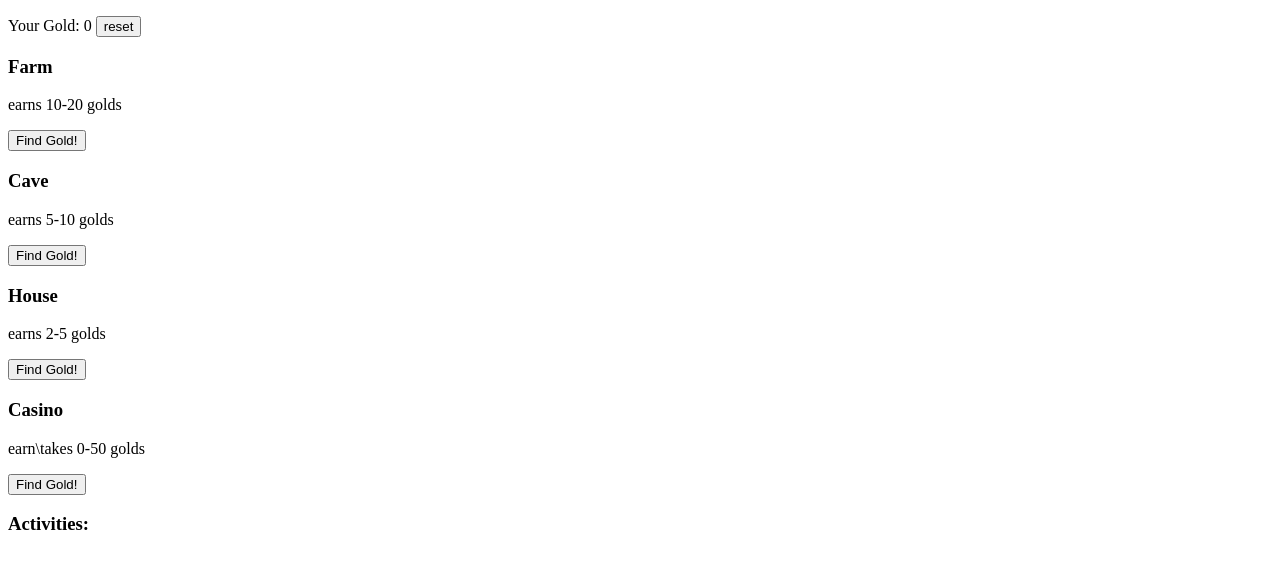
Repository: bvnger/Ninja_gold_flask
Page: http://localhost/
These files come from the project's save history. The page is drawn as it stood at one moment and after the next save; the edit follows.
The browser window is 1280 px wide. The pictures show the whole page.
The page is served by the project's application, run on Flask 3 (server.py).

Above is the page before, as saved 2019-11-04 13:34:47.

After the next save:
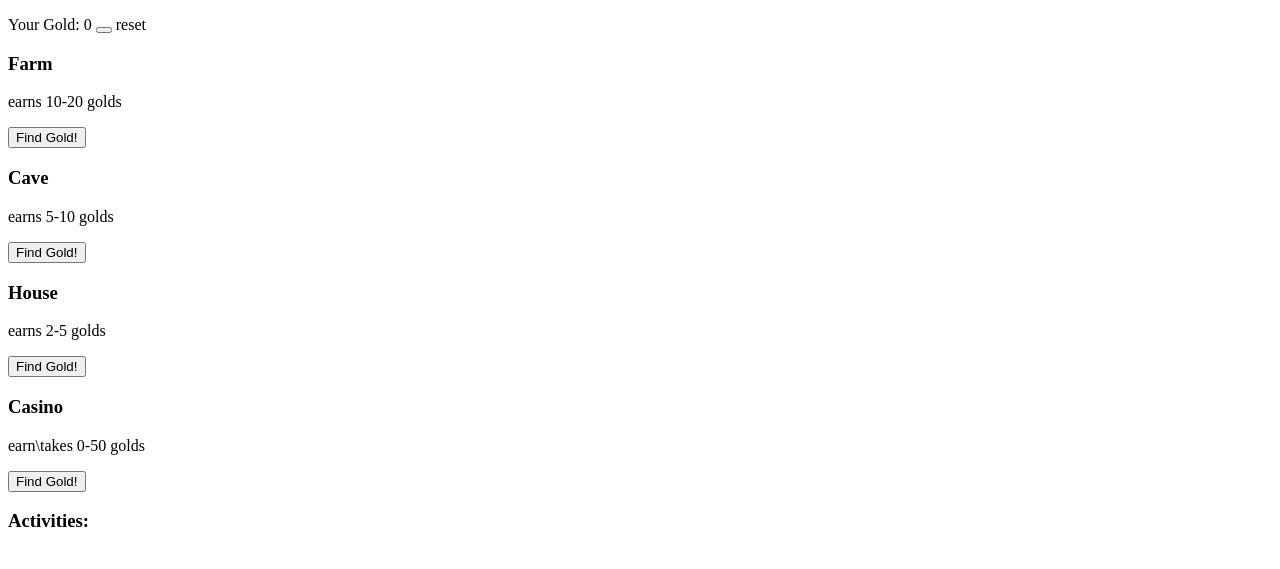
Saved 46 s later.
--- a/templates/index.html
+++ b/templates/index.html
@@ -11,7 +11,7 @@
     <div class ="container" action ="/process">
         <div class ="top">
         <p>Your Gold: {{session['gold']}}
-        <button action="/reset" method="POST"> reset</button>
+        <button href="/reset" ></button> reset</button>
         </div>
         <div class ="mid">
 <!-- ########################             -->

After the save that followed:
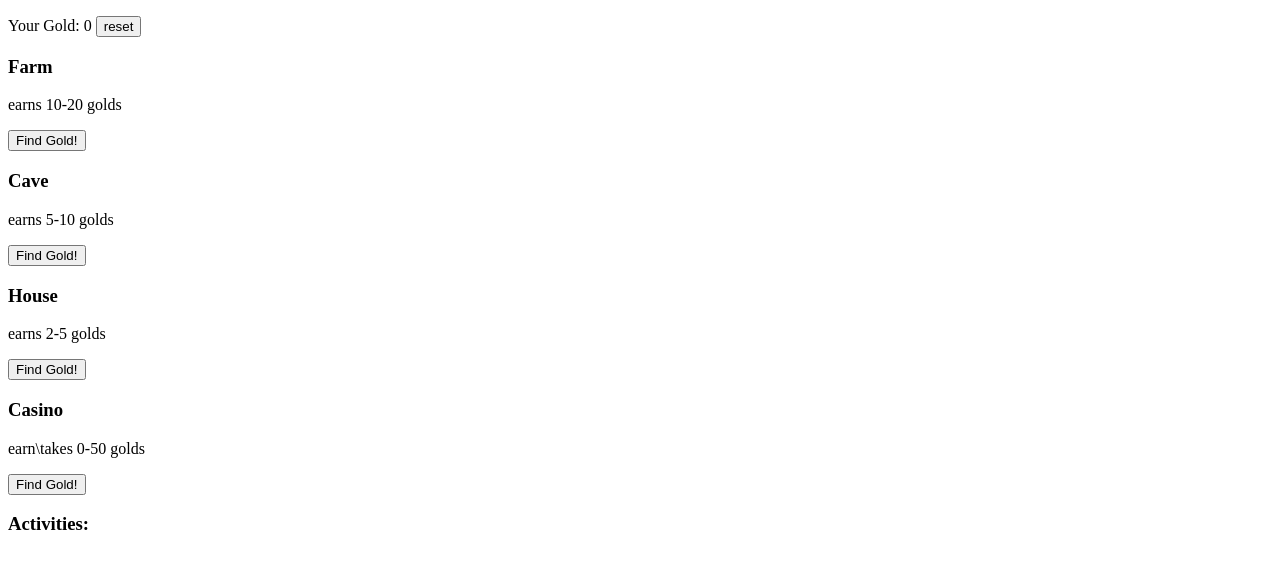
Saved 55 s later.
--- a/templates/index.html
+++ b/templates/index.html
@@ -11,7 +11,8 @@
     <div class ="container" action ="/process">
         <div class ="top">
         <p>Your Gold: {{session['gold']}}
-        <button href="/reset" ></button> reset</button>
+        <button
+        <a href="/reset" > </a> reset</button>
         </div>
         <div class ="mid">
 <!-- ########################             -->
